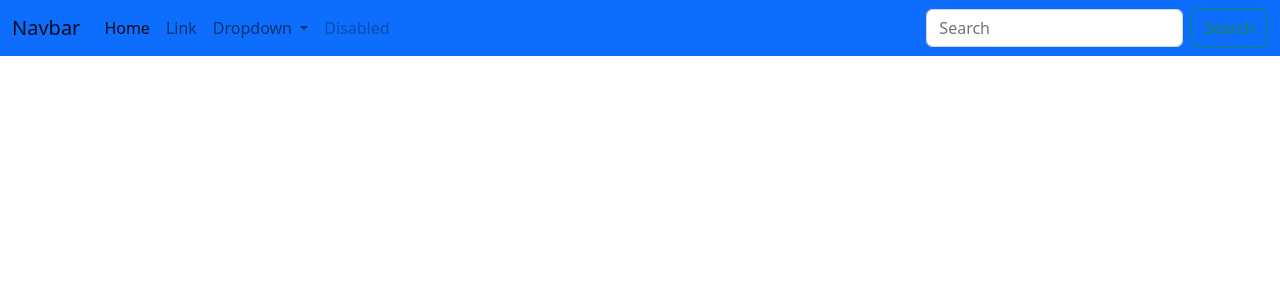
Repository: annferracane/phase-0-personal-website
Page: index.html
An editor plug-in stored every save of this project. The page is shown before and after the next save, followed by the edit.
The browser window is 1280 px wide. The pictures show the whole page.

Above is the page before, as saved 2022-11-13 15:42:13.

After the next save:
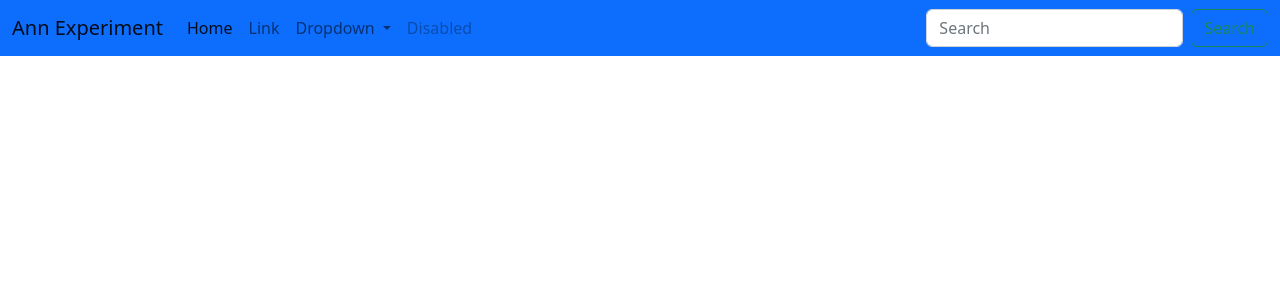
Saved 16 s later.
--- a/index.html
+++ b/index.html
@@ -11,7 +11,7 @@
     <body>
         <nav class="navbar navbar-expand-lg bg-primary">
             <div class="container-fluid">
-              <a class="navbar-brand mb-0 h1" href="#">Navbar</a>
+              <a class="navbar-brand mb-0 h1" href="#">Ann Experiment</a>
               <button class="navbar-toggler" type="button" data-bs-toggle="collapse" data-bs-target="#navbarSupportedContent" aria-controls="navbarSupportedContent" aria-expanded="false" aria-label="Toggle navigation">
                 <span class="navbar-toggler-icon"></span>
               </button>
